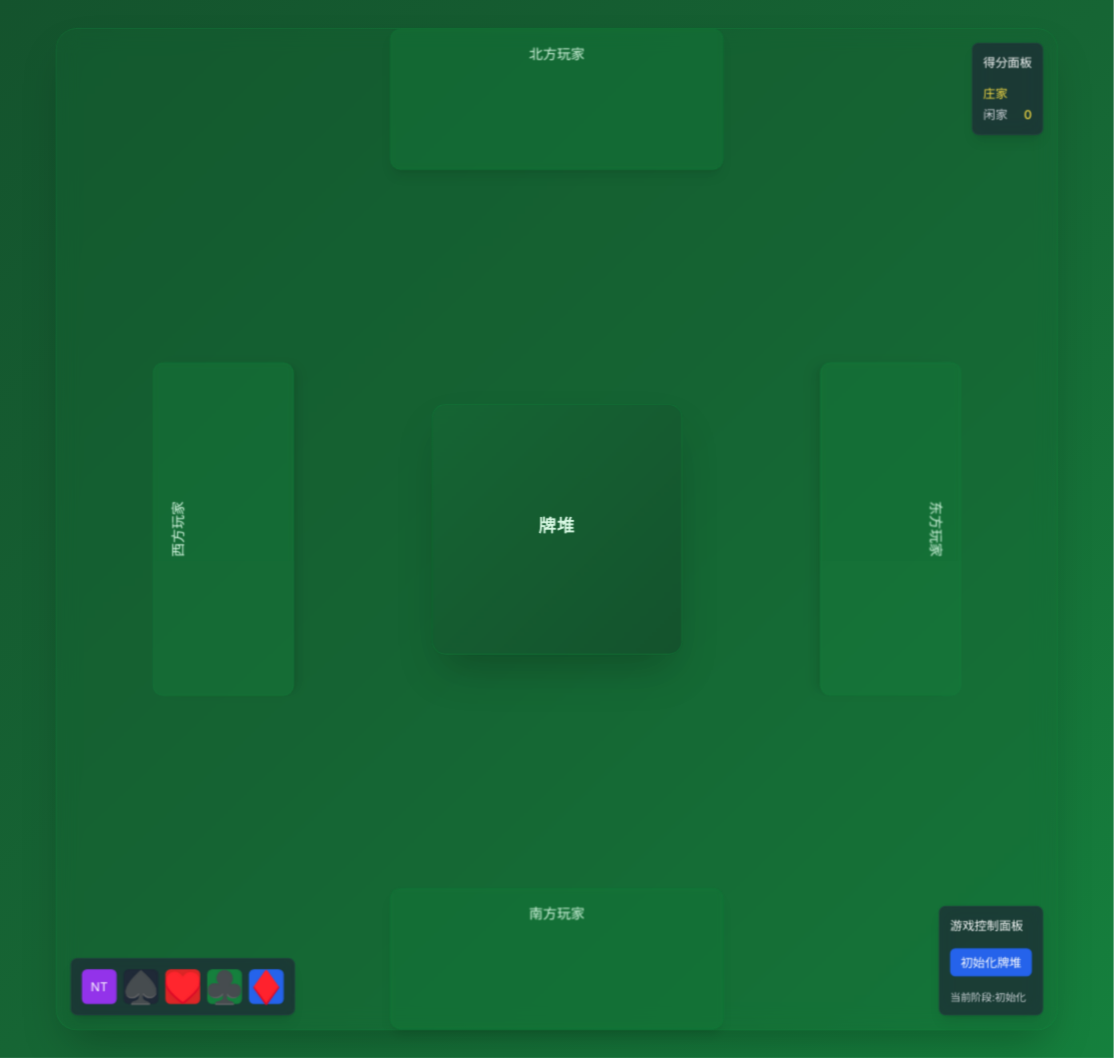
Repository: laofansay/Tractor80
Page: /
The author's editor kept a copy of each file at every save. The page is drawn from the files as they stood at one save, then again after the next save.
The browser window is 1280 px wide. The pictures show the whole page, at 87% of full size.
The project was rebuilt for these pictures with package versions that can differ from the ones it lists, and the page was loaded fresh each time. The framework's server and built-in components were replaced by stand-ins that run in the browser. Also part of the build but not shown: next.config.js, app/components/Card.tsx.

Above is the page before, as saved 2025-03-09 00:21:10.

### app/layout.tsx
import type { Metadata } from 'next'
import { Inter } from 'next/font/google'
import './globals.css'

const inter = Inter({ subsets: ['latin'] })

export const metadata: Metadata = {
  title: 'Card Game',
  description: 'A Next.js Card Game Application',
}

export default function RootLayout({
  children,
}: {
  children: React.ReactNode
}) {
  return (
    <html lang="en">
      <body className={inter.className}>{children}</body>
    </html>
  )
}

### app/globals.css
@tailwind base;
@tailwind components;
@tailwind utilities;

:root {
  --foreground-rgb: 0, 0, 0;
  --background-start-rgb: 214, 219, 220;
  --background-end-rgb: 255, 255, 255;
}

@media (prefers-color-scheme: dark) {
  :root {
    --foreground-rgb: 255, 255, 255;
    --background-start-rgb: 0, 0, 0;
    --background-end-rgb: 0, 0, 0;
  }
}

body {
  color: rgb(var(--foreground-rgb));
  background: linear-gradient(
    to bottom,
    transparent,
    rgb(var(--background-end-rgb))
  )
  rgb(var(--background-start-rgb));
}

### app/components/AdminPanel.tsx
'use client';

import { useState } from 'react';
import { Card } from './Card';

type GamePhase = 'initial' | 'dealing' | 'trumpSelection' | 'pickBottomCards' | 'bottomCards' | 'playing';
type Position = 'north' | 'east' | 'south' | 'west';

type AdminPanelProps = {
    onInitialize: () => void;
    onDeal: () => void;
    onPickBottomCards: () => void;
    onBottomCards: () => void;
    onStartPlaying: () => void;
    gamePhase: GamePhase;
    deckLength: number;
    bottomCardsLength: number;
    lastRound?: Record<Position, string[]>;
    roundCount?: number;
};

export function AdminPanel({
    onInitialize,
    onDeal,
    onPickBottomCards,
    onBottomCards,
    onStartPlaying,
    gamePhase,
    deckLength,
    bottomCardsLength,
    lastRound = { north: [], east: [], south: [], west: [] },
    roundCount = 0
}: AdminPanelProps) {

    return (
        <div className="absolute bottom-4 right-4 p-3 bg-gray-800/70 rounded-lg backdrop-blur-md border border-gray-700/50 shadow-lg">
            <div className="flex flex-col gap-2">
                <div className="text-white text-sm mb-2 font-medium">游戏控制面板</div>

                {(gamePhase === 'initial' || gamePhase === 'playing') && (
                    <button
                        onClick={onInitialize}
                        className="px-3 py-1.5 bg-blue-600 hover:bg-blue-500 text-white rounded-md transition-colors text-sm"
                    >
                        {gamePhase === 'playing' ? '重新开始' : '初始化牌堆'}
                    </button>
                )}

                {gamePhase === 'initial' && deckLength > 0 && (
                    <button
                        onClick={onDeal}
                        className="px-3 py-1.5 bg-green-600 hover:bg-green-500 text-white rounded-md transition-colors text-sm"
                    >
                        开始发牌
                    </button>
                )}

                {gamePhase === 'pickBottomCards' && (
                    <button
                        onClick={onPickBottomCards}
                        className="px-3 py-1.5 bg-yellow-600 hover:bg-yellow-500 text-white rounded-md transition-colors text-sm"
                    >
                        庄家拾底
                    </button>
                )}

                {gamePhase === 'bottomCards' && (
                    <button
                        onClick={onBottomCards}
                        className="px-3 py-1.5 bg-yellow-600 hover:bg-yellow-500 text-white rounded-md transition-colors text-sm"
                    >
                        庄家扣底
                    </button>
                )}

                {gamePhase === 'bottomCards' && (
                    <button
                        onClick={onStartPlaying}
                        className="px-3 py-1.5 bg-red-600 hover:bg-red-500 text-white rounded-md transition-colors text-sm"
                    >
                        开始出牌
                    </button>
                )}

                <div className="text-gray-300 text-xs mt-2">
                    当前阶段:
                    {gamePhase === 'initial' && '初始化'}
                    {gamePhase === 'dealing' && '发牌中'}
                    {gamePhase === 'trumpSelection' && '亮主阶段'}
                    {gamePhase === 'pickBottomCards' && '庄家拾底'}
                    {gamePhase === 'bottomCards' && '庄家扣底'}
                    {gamePhase === 'playing' && '出牌阶段'}
                </div>
            </div>
        </div>
    );
}

### app/components/SoundEffect.tsx
'use client';

import { audioManager } from './AudioManager';

export class SoundEffect {
    static #instance;

    constructor() {
        // 私有构造函数，确保单例模式
    }

    public static getInstance(): SoundEffect {
        if (!SoundEffect.#instance) {
            SoundEffect.#instance = new SoundEffect();
        }
        return SoundEffect.#instance;
    }

    /**
     * 预加载音效
     * @param soundId 音效ID
     * @param soundPath 音效文件路径
     * @param fallbackSoundPath 备用音效路径（可选）
     */
    public preloadSound(soundId: string, soundPath: string, fallbackSoundPath?: string): void {
        if (typeof window === 'undefined') return; // 服务器端不执行

        // 使用AudioManager来处理音频加载
        audioManager.preloadSound(soundId, soundPath, fallbackSoundPath);
    }

    /**
     * 播放音效
     * @param soundId 音效ID
     * @returns 是否成功播放
     */
    public playSound(soundId: string): boolean {
        if (typeof window === 'undefined') return false; // 服务器端不执行

        // 使用AudioManager来处理音频播放
        return audioManager.playSound(soundId);
    }

    /**
     * 停止播放音效
     * @param soundId 音效ID
     */
    public stopSound(soundId: string): void {
        if (typeof window === 'undefined') return; // 服务器端不执行

        // 使用AudioManager来处理音频停止
        audioManager.stopSound(soundId);
    }

    /**
     * 检查音效是否已加载并可以播放
     * @param soundId 音效ID
     * @returns 是否可以播放
     */
    public canPlaySound(soundId: string): boolean {
        if (typeof window === 'undefined') return false; // 服务器端不执行

        // 使用AudioManager来检查音频是否可以播放
        return audioManager.canPlaySound(soundId);
    }

    /**
     * 启用或禁用所有音效
     * @param enabled 是否启用音效
     */
    public setAudioEnabled(enabled: boolean): void {
        audioManager.setAudioEnabled(enabled);
    }

    /**
     * 获取音效是否启用
     * @returns 音效是否启用
     */
    public isAudioEnabled(): boolean {
        return audioManager.isAudioEnabled();
    }
}

// 导出单例实例
export const soundEffect = SoundEffect.getInstance();

### app/components/ScorePanel.tsx
import React from 'react';

interface ScorePanelProps {
  scores: {
    north: number;
    east: number;
    south: number;
    west: number;
  };
  dealerPosition: Position;
}

type Position = 'north' | 'east' | 'south' | 'west';

export function ScorePanel({ scores, dealerPosition }: ScorePanelProps) {
  // 计算庄家和闲家的总分
  const dealerScore = scores[dealerPosition];
  const nonDealerScore = Object.entries(scores)
    .filter(([position]) => position !== dealerPosition)
    .reduce((total, [_, score]) => total + score, 0);

  return (
    <div className="absolute top-4 right-4 p-3 bg-gray-800/70 rounded-lg backdrop-blur-md border border-gray-700/50 shadow-lg">
      <div className="flex flex-col gap-2">
        <div className="text-white text-sm mb-2 font-medium">得分面板</div>
        <div className="space-y-1">
          <div className="flex justify-between text-sm">
            <span className="text-yellow-300">庄家</span>
            <span className="text-yellow-300 font-medium ml-4">{dealerScore}</span>
          </div>
          <div className="flex justify-between text-sm">
            <span className="text-gray-300">闲家</span>
            <span className="text-yellow-300 font-medium ml-4">{nonDealerScore}</span>
          </div>
        </div>
      </div>
    </div>
  );
}

### app/components/TrumpSelectionPanel.tsx
'use client';

import React from 'react';

type TrumpSelectionPanelProps = {
  onSelectTrump: (trumpSuit: string | null) => void;
  gamePhase: string;
};

export function TrumpSelectionPanel({ onSelectTrump, gamePhase }: TrumpSelectionPanelProps) {
  // 只在亮主阶段显示
  if (gamePhase !== 'trumpSelection') {
    //return null;
  }

  return (
    <div className="absolute bottom-4 left-4 p-3 bg-gray-800/70 rounded-lg backdrop-blur-md border border-gray-700/50 shadow-lg">
      <div className="flex flex-row gap-2">
        <button
          onClick={() => onSelectTrump(null)}
          className="w-10 h-10 bg-purple-600 hover:bg-purple-500 text-white rounded-md transition-colors text-sm flex items-center justify-center"
          title="无主"
        >
          NT
        </button>
        <button
          onClick={() => onSelectTrump('S')}
          className="w-10 h-10 bg-gray-800 hover:bg-gray-700 text-white rounded-md transition-colors text-4xl flex items-center justify-center"
          title="黑桃"
        >
          ♠️
        </button>
        <button
          onClick={() => onSelectTrump('H')}
          className="w-10 h-10 bg-red-600 hover:bg-red-500 text-white rounded-md transition-colors text-4xl flex items-center justify-center"
          title="红桃"
        >
          ♥️
        </button>
        <button
          onClick={() => onSelectTrump('C')}
          className="w-10 h-10 bg-green-700 hover:bg-green-600 text-white rounded-md transition-colors text-4xl flex items-center justify-center"
          title="梅花"
        >
          ♣️
        </button>
        <button
          onClick={() => onSelectTrump('D')}
          className="w-10 h-10 bg-blue-600 hover:bg-blue-500 text-white rounded-md transition-colors text-4xl flex items-center justify-center"
          title="方块"
        >
          ♦️
        </button>
      </div>
    </div>
  );
}

### app/components/AudioManager.tsx
'use client';

/**
 * 音频管理器类
 * 提供音效加载、播放和错误处理功能
 */
export class AudioManager {
  private static instance: AudioManager;
  private audioElements: Map<string, HTMLAudioElement> = new Map();
  private fallbackMode: boolean = false;
  private audioEnabled: boolean = true;

  private constructor() {
    // 私有构造函数，确保单例模式
    this.checkAudioSupport();
  }

  public static getInstance(): AudioManager {
    if (!AudioManager.instance) {
      AudioManager.instance = new AudioManager();
    }
    return AudioManager.instance;
  }

  /**
   * 检查浏览器是否支持音频
   */
  private checkAudioSupport(): void {
    if (typeof window === 'undefined') return;

    try {
      const audio = new Audio();
      this.audioEnabled = !!audio && typeof audio.play === 'function';
      if (!this.audioEnabled) {
        console.warn('当前环境不支持音频播放');
      }
    } catch (error) {
      console.error('检查音频支持时出错:', error);
      this.audioEnabled = false;
    }
  }

  /**
   * 预加载音效
   * @param soundId 音效ID
   * @param soundPath 音效文件路径
   * @param fallbackSoundPath 备用音效路径（可选）
   */
  public preloadSound(soundId: string, soundPath: string, fallbackSoundPath?: string): void {
    if (typeof window === 'undefined' || !this.audioEnabled) return;

    if (!this.audioElements.has(soundId)) {
      try {
        // 确保路径正确，添加基础URL前缀
        const fullPath = soundPath.startsWith('/') ? soundPath : `/${soundPath}`;
        const baseUrl = window.location.origin;
        const absolutePath = new URL(fullPath, baseUrl).toString();

        const audio = new Audio();
        audio.preload = 'auto';

        // 添加加载错误处理
        audio.addEventListener('error', (e) => {
          const errorDetails = {
            code: audio.error?.code,
            message: audio.error?.message,
            path: absolutePath
          };
          console.error(`音效 ${soundId} 加载失败:`, errorDetails);

          // 尝试加载备用音效
          if (fallbackSoundPath && !this.fallbackMode) {
            console.log(`尝试加载备用音效: ${fallbackSoundPath}`);
            this.fallbackMode = true;
            this.preloadSound(soundId, fallbackSoundPath);
          }
        });

        // 添加加载成功处理
        audio.addEventListener('canplaythrough', () => {
          console.log(`音效 ${soundId} 加载成功，可以播放`);
        });

        // 设置音频源
        audio.src = absolutePath;

        this.audioElements.set(soundId, audio);
      } catch (error) {
        console.error(`音效 ${soundId} 初始化失败:`, error);
      }
    }
  }

  /**
   * 播放音效
   * @param soundId 音效ID
   * @returns 是否成功播放
   */
  public playSound(soundId: string): boolean {
    if (typeof window === 'undefined' || !this.audioEnabled) return false;

    const audio = this.audioElements.get(soundId);
    if (audio) {
      // 检查音频是否已加载并可以播放
      if (audio.error) {
        console.error(`音效 ${soundId} 无法播放，加载失败:`, audio.error);
        return false;
      }

      // 检查音频是否已经加载足够的数据可以播放
      if (audio.readyState < 2) { // HAVE_CURRENT_DATA or higher
        console.warn(`音效 ${soundId} 尚未加载完成，无法播放`);
        return false;
      }

      try {
        // 重置音频以便重复播放
        audio.currentTime = 0;
        const playPromise = audio.play();

        if (playPromise !== undefined) {
          playPromise.catch(error => {
            console.error(`播放音效 ${soundId} 失败:`, error);
          });
        }
        return true;
      } catch (error) {
        console.error(`播放音效 ${soundId} 时出错:`, error);
        return false;
      }
    } else {
      console.warn(`音效 ${soundId} 未预加载`);
      return false;
    }
  }

  /**
   * 停止播放音效
   * @param soundId 音效ID
   */
  public stopSound(soundId: string): void {
    if (typeof window === 'undefined' || !this.audioEnabled) return;

    const audio = this.audioElements.get(soundId);
    if (audio) {
      try {
        audio.pause();
        audio.currentTime = 0;
      } catch (error) {
        console.error(`停止音效 ${soundId} 时出错:`, error);
      }
    }
  }

  /**
   * 检查音效是否已加载并可以播放
   * @param soundId 音效ID
   * @returns 是否可以播放
   */
  public canPlaySound(soundId: string): boolean {
    if (typeof window === 'undefined' || !this.audioEnabled) return false;

    const audio = this.audioElements.get(soundId);
    if (!audio) return false;

    // 检查音频元素是否有错误
    if (audio.error) return false;

    // 检查音频是否已经加载足够的数据可以播放
    return audio.readyState >= 2; // HAVE_CURRENT_DATA or higher
  }

  /**
   * 启用或禁用所有音效
   * @param enabled 是否启用音效
   */
  public setAudioEnabled(enabled: boolean): void {
    this.audioEnabled = enabled;
  }

  /**
   * 获取音效是否启用
   * @returns 音效是否启用
   */
  public isAudioEnabled(): boolean {
    return this.audioEnabled;
  }

  /**
   * 创建一个简单的音效（用于在无法加载外部音效时使用）
   * @param frequency 频率（赫兹）
   * @param duration 持续时间（毫秒）
   * @param volume 音量（0-1）
   * @returns 音频元素
   */
  public createToneSound(frequency: number = 440, duration: number = 200, volume: number = 0.5): HTMLAudioElement | null {
    if (typeof window === 'undefined' || !this.audioEnabled) return null;

    try {
      // 检查是否支持Web Audio API
      if (!window.AudioContext && !(window as any).webkitAudioContext) {
        console.warn('当前浏览器不支持Web Audio API');
        return null;
      }

      const AudioContext = window.AudioContext || (window as any).webkitAudioContext;
      const audioCtx = new AudioContext();

      // 创建振荡器
      const oscillator = audioCtx.createOscillator();
      oscillator.type = 'sine';
      oscillator.frequency.setValueAtTime(frequency, audioCtx.currentTime);

      // 创建音量控制
      const gainNode = audioCtx.createGain();
      gainNode.gain.setValueAtTime(volume, audioCtx.currentTime);

      // 连接节点
      oscillator.connect(gainNode);
      gainNode.connect(audioCtx.destination);

      // 创建音频元素
      const audio = new Audio();

      // 开始振荡
      oscillator.start();

      // 设置定时器停止振荡
      setTimeout(() => {
        oscillator.stop();
        audioCtx.close();
      }, duration);

      return audio;
    } catch (error) {
      console.error('创建音效失败:', error);
      return null;
    }
  }
}

// 导出单例实例
export const audioManager = AudioManager.getInstance();

Loaded but not shown: tailwind.config.js (19 lines, source omitted); app/page.tsx (581 lines, source omitted); app/components/CardArea.tsx (205 lines, source omitted)

After the next save:
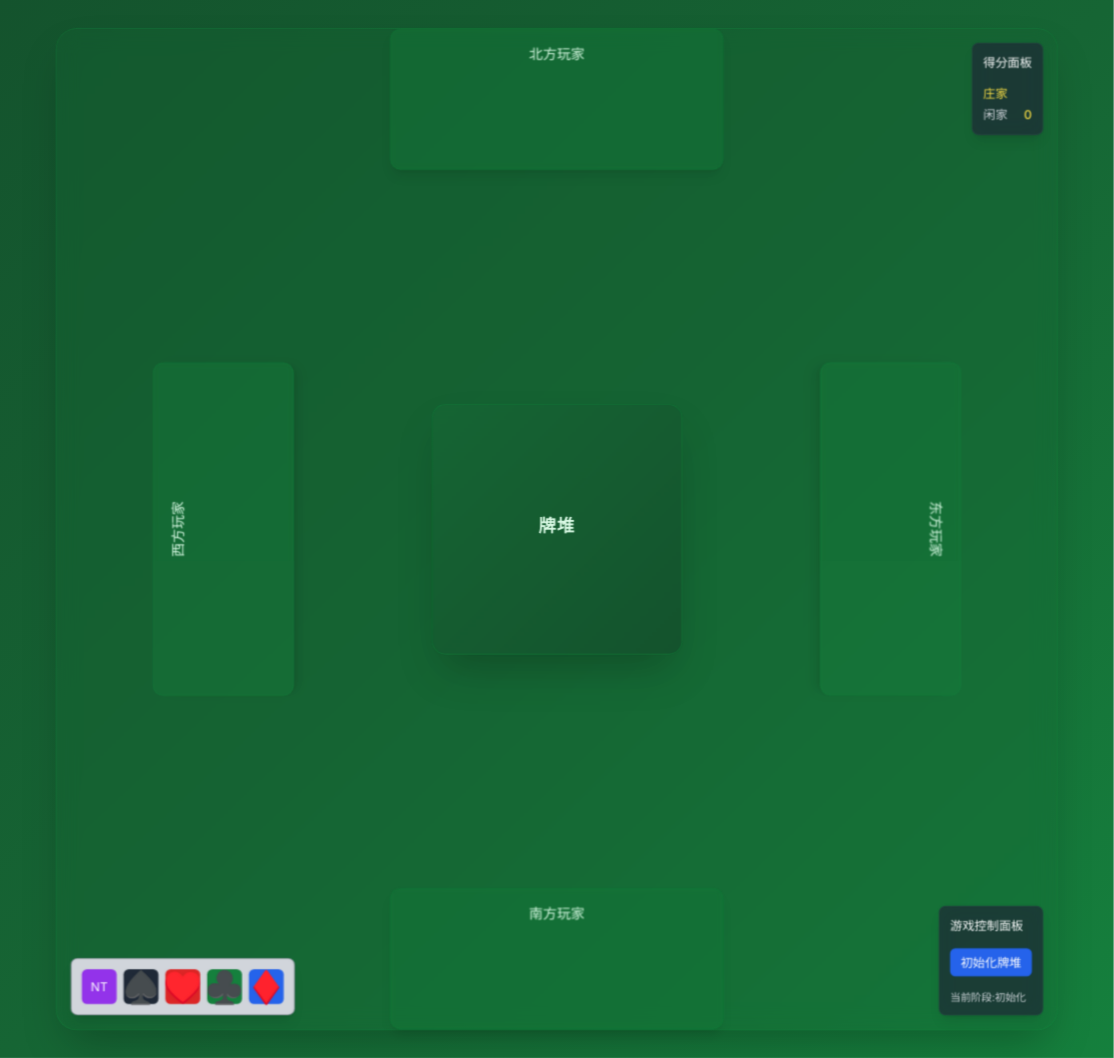
Saved 19 s later.
--- a/app/components/TrumpSelectionPanel.tsx
+++ b/app/components/TrumpSelectionPanel.tsx
@@ -14,7 +14,7 @@
   }
 
   return (
-    <div className="absolute bottom-4 left-4 p-3 bg-gray-800/70 rounded-lg backdrop-blur-md border border-gray-700/50 shadow-lg">
+    <div className="absolute bottom-4 left-4 p-3 bg-gray-300 rounded-lg backdrop-blur-md border border-gray-700/50 shadow-lg">
       <div className="flex flex-row gap-2">
         <button
           onClick={() => onSelectTrump(null)}

After the save that followed:
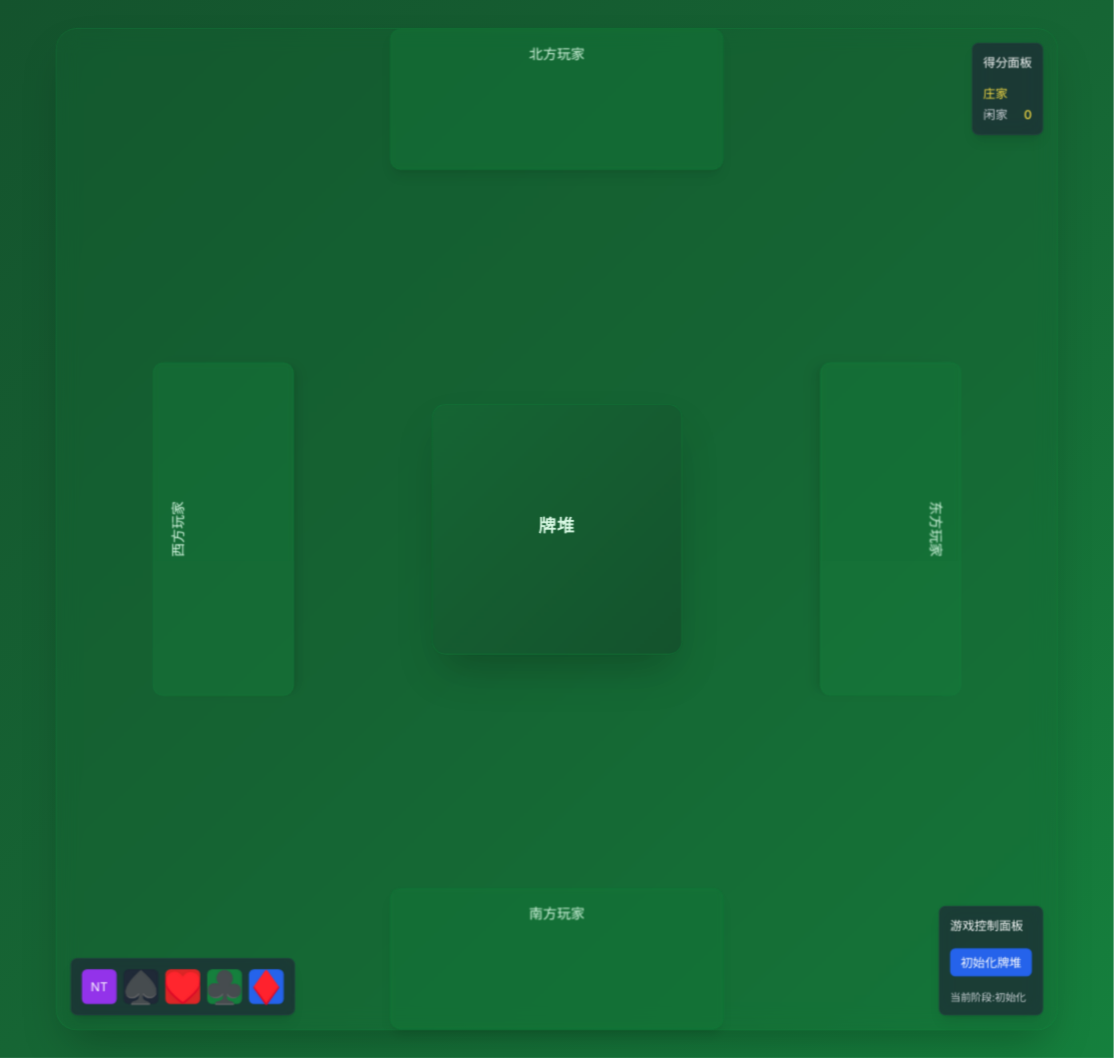
Saved 27 s later.
--- a/app/components/TrumpSelectionPanel.tsx
+++ b/app/components/TrumpSelectionPanel.tsx
@@ -14,7 +14,7 @@
   }
 
   return (
-    <div className="absolute bottom-4 left-4 p-3 bg-gray-300 rounded-lg backdrop-blur-md border border-gray-700/50 shadow-lg">
+    <div className="absolute bottom-4 left-4 p-3 bg-gray-800/70 rounded-lg backdrop-blur-md border border-gray-700/50 shadow-lg">
       <div className="flex flex-row gap-2">
         <button
           onClick={() => onSelectTrump(null)}
